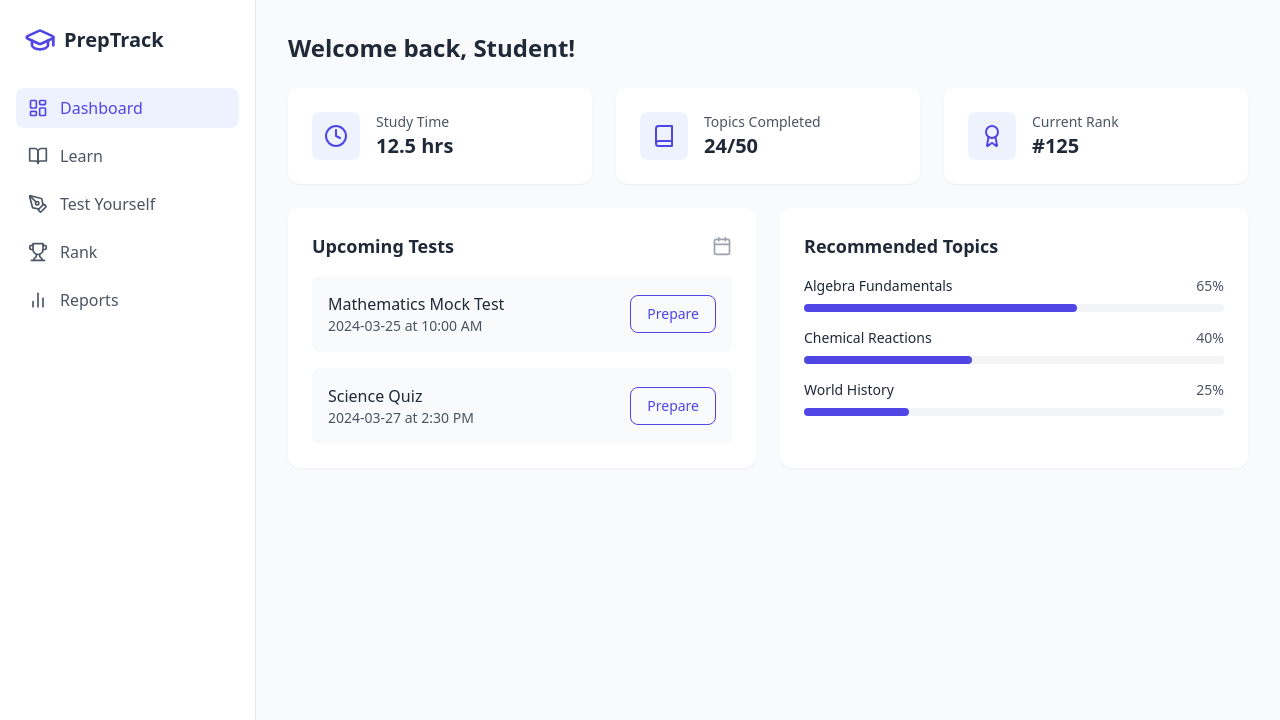
Repository: Krishna3451/preptracker
Page: /dashboard
These files come from the project's save history. The page is drawn as it stood at one moment and after the next save; the edit follows.
The browser window is 1280 px wide. The pictures show the whole page.
The project was rebuilt for these pictures with package versions that can differ from the ones it lists, and the page was loaded fresh each time. Also part of the build but not shown: vite.config.ts, src/pages/Learn.tsx, src/pages/TestYourself.tsx, src/pages/Rank.tsx, src/pages/Reports.tsx, src/pages/Landing.tsx.

Above is the page before, as saved 2025-02-14 18:54:00.

### src/App.tsx
import React from 'react';
import { BrowserRouter as Router, Routes, Route, useLocation } from 'react-router-dom';
import Sidebar from './components/Sidebar';
import Dashboard from './pages/Dashboard';
import Learn from './pages/Learn';
import TestYourself from './pages/TestYourself';
import Rank from './pages/Rank';
import Reports from './pages/Reports';
import Landing from './pages/Landing';

const AppLayout = ({ children }: { children: React.ReactNode }) => {
  const location = useLocation();
  const isLandingPage = location.pathname === '/';

  if (isLandingPage) {
    return children;
  }

  return (
    <div className="flex min-h-screen bg-gray-50">
      <Sidebar />
      <main className="flex-1 p-8">
        {children}
      </main>
    </div>
  );
};

function App() {
  return (
    <Router>
      <AppLayout>
        <Routes>
          <Route path="/" element={<Landing />} />
          <Route path="/dashboard" element={<Dashboard />} />
          <Route path="/learn" element={<Learn />} />
          <Route path="/test" element={<TestYourself />} />
          <Route path="/rank" element={<Rank />} />
          <Route path="/reports" element={<Reports />} />
        </Routes>
      </AppLayout>
    </Router>
  );
}

export default App;

### src/components/Sidebar.tsx
import React from 'react';
import { NavLink } from 'react-router-dom';
import { LayoutDashboard, BookOpen, PenTool, Trophy, BarChart2, GraduationCap } from 'lucide-react';

const Sidebar = () => {
  const navItems = [
    { path: '/dashboard', icon: LayoutDashboard, label: 'Dashboard' },
    { path: '/learn', icon: BookOpen, label: 'Learn' },
    { path: '/test', icon: PenTool, label: 'Test Yourself' },
    { path: '/rank', icon: Trophy, label: 'Rank' },
    { path: '/reports', icon: BarChart2, label: 'Reports' },
  ];

  return (
    <div className="w-64 bg-white border-r border-gray-200 px-4 py-6">
      <div className="flex items-center gap-2 mb-8 px-2">
        <GraduationCap className="w-8 h-8 text-indigo-600" />
        <span className="text-xl font-bold text-gray-800">PrepTrack</span>
      </div>
      <nav className="space-y-2">
        {navItems.map((item) => (
          <NavLink
            key={item.path}
            to={item.path}
            className={({ isActive }) =>
              `flex items-center gap-3 px-3 py-2 rounded-lg transition-colors ${
                isActive
                  ? 'bg-indigo-50 text-indigo-600'
                  : 'text-gray-600 hover:bg-gray-50'
              }`
            }
          >
            <item.icon className="w-5 h-5" />
            <span>{item.label}</span>
          </NavLink>
        ))}
      </nav>
    </div>
  );
};

export default Sidebar;

### src/pages/Dashboard.tsx
import React from 'react';
import { Clock, Book, Award, Calendar } from 'lucide-react';

const Dashboard = () => {
  const stats = [
    { icon: Clock, label: 'Study Time', value: '12.5 hrs' },
    { icon: Book, label: 'Topics Completed', value: '24/50' },
    { icon: Award, label: 'Current Rank', value: '#125' },
  ];

  const upcomingTests = [
    { id: 1, title: 'Mathematics Mock Test', date: '2024-03-25', time: '10:00 AM' },
    { id: 2, title: 'Science Quiz', date: '2024-03-27', time: '2:30 PM' },
  ];

  const recommendedTopics = [
    { id: 1, title: 'Algebra Fundamentals', progress: 65 },
    { id: 2, title: 'Chemical Reactions', progress: 40 },
    { id: 3, title: 'World History', progress: 25 },
  ];

  return (
    <div className="space-y-6">
      <h1 className="text-2xl font-bold text-gray-800">Welcome back, Student!</h1>

      <div className="grid grid-cols-1 md:grid-cols-3 gap-6">
        {stats.map((stat, index) => (
          <div key={index} className="bg-white p-6 rounded-xl shadow-sm">
            <div className="flex items-center gap-4">
              <div className="p-3 bg-indigo-50 rounded-lg">
                <stat.icon className="w-6 h-6 text-indigo-600" />
              </div>
              <div>
                <p className="text-sm text-gray-600">{stat.label}</p>
                <p className="text-xl font-semibold text-gray-800">{stat.value}</p>
              </div>
            </div>
          </div>
        ))}
      </div>

      <div className="grid grid-cols-1 lg:grid-cols-2 gap-6">
        <div className="bg-white p-6 rounded-xl shadow-sm">
          <div className="flex items-center justify-between mb-4">
            <h2 className="text-lg font-semibold text-gray-800">Upcoming Tests</h2>
            <Calendar className="w-5 h-5 text-gray-400" />
          </div>
          <div className="space-y-4">
            {upcomingTests.map((test) => (
              <div key={test.id} className="flex items-center justify-between p-4 bg-gray-50 rounded-lg">
                <div>
                  <h3 className="font-medium text-gray-800">{test.title}</h3>
                  <p className="text-sm text-gray-600">{test.date} at {test.time}</p>
                </div>
                <button className="px-4 py-2 text-sm text-indigo-600 border border-indigo-600 rounded-lg hover:bg-indigo-50">
                  Prepare
                </button>
              </div>
            ))}
          </div>
        </div>

        <div className="bg-white p-6 rounded-xl shadow-sm">
          <h2 className="text-lg font-semibold text-gray-800 mb-4">Recommended Topics</h2>
          <div className="space-y-4">
            {recommendedTopics.map((topic) => (
              <div key={topic.id} className="space-y-2">
                <div className="flex justify-between text-sm">
                  <span className="text-gray-800">{topic.title}</span>
                  <span className="text-gray-600">{topic.progress}%</span>
                </div>
                <div className="h-2 bg-gray-100 rounded-full">
                  <div
                    className="h-full bg-indigo-600 rounded-full"
                    style={{ width: `${topic.progress}%` }}
                  />
                </div>
              </div>
            ))}
          </div>
        </div>
      </div>
    </div>
  );
};

export default Dashboard;

Loaded but not shown: index.html (common file); src/main.tsx (common file); src/index.css (common file); tailwind.config.js (common file)

After the next save:
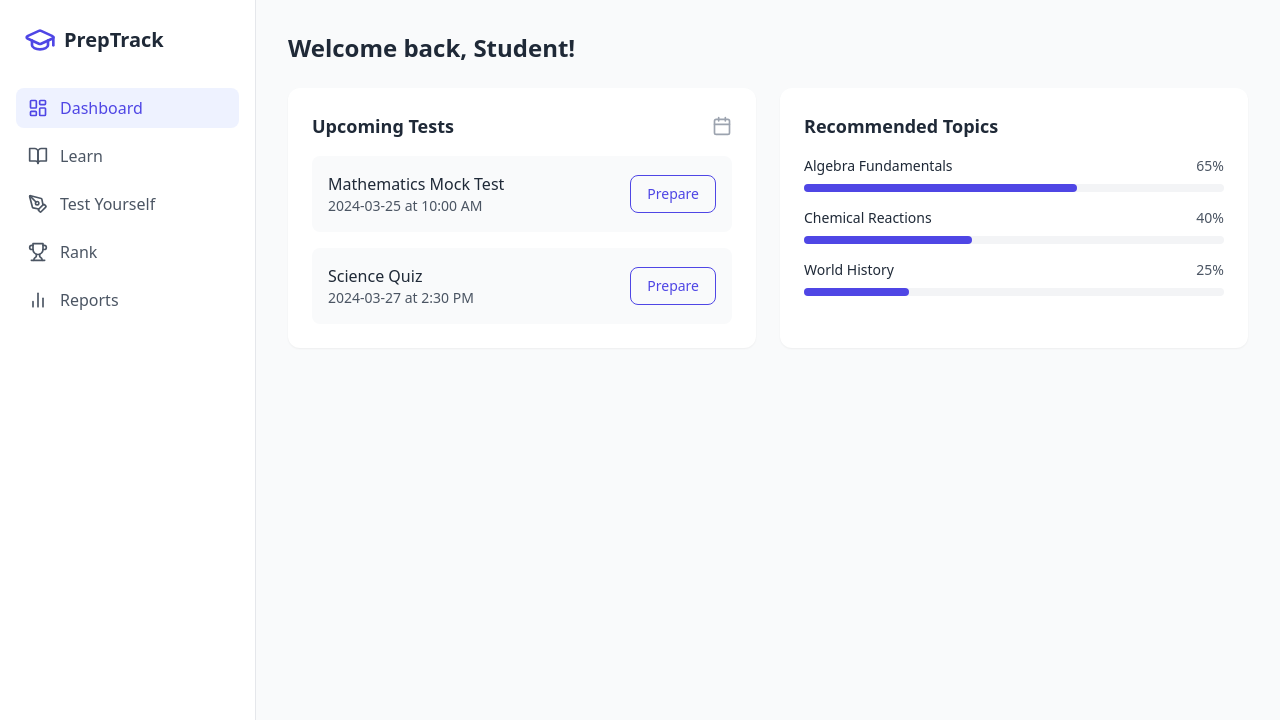
Saved 3 h 40 min later.
--- a/src/pages/Dashboard.tsx
+++ b/src/pages/Dashboard.tsx
@@ -23,7 +23,7 @@
     <div className="space-y-6">
       <h1 className="text-2xl font-bold text-gray-800">Welcome back, Student!</h1>
 
-      <div className="grid grid-cols-1 md:grid-cols-3 gap-6">
+      {/* <div className="grid grid-cols-1 md:grid-cols-3 gap-6">
         {stats.map((stat, index) => (
           <div key={index} className="bg-white p-6 rounded-xl shadow-sm">
             <div className="flex items-center gap-4">
@@ -37,7 +37,7 @@
             </div>
           </div>
         ))}
-      </div>
+      </div> */}
 
       <div className="grid grid-cols-1 lg:grid-cols-2 gap-6">
         <div className="bg-white p-6 rounded-xl shadow-sm">
